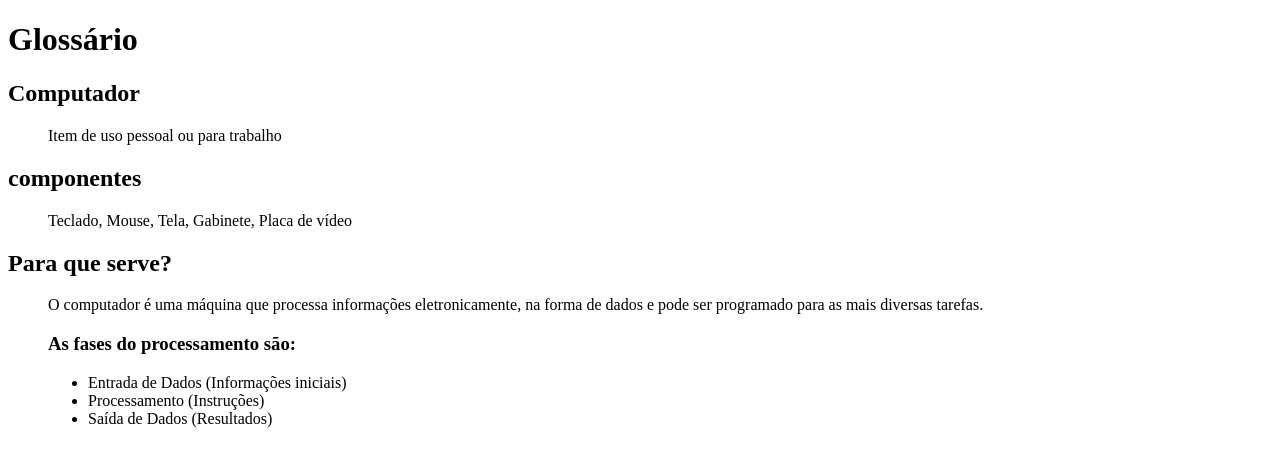
Repository: RenatoCCS/Mais1Code
Page: Rocketseat/Fundamentar/01 - O guia estelar de HTML/Desafios/1_Glossario/glossary.html
The author's editor kept a copy of each file at every save. The page is drawn from the files as they stood at one save, then again after the next save.
The browser window is 1280 px wide. The pictures show the whole page.

Above is the page before, as saved 2022-04-18 20:51:05.

### Rocketseat/Fundamentar/01 - O guia estelar de HTML/Desafios/1_Glossario/glossary.html
<!DOCTYPE html>
<html lang="pt-br">
<head>
    <meta charset="UTF-8">
    <meta http-equiv="X-UA-Compatible" content="IE=edge">
    <meta name="viewport" content="width=device-width, initial-scale=1.0">
    <title>Glossário</title>
</head>
<body>

    <h1>Glossário</h1>
<dl>
    <h2><dt>Computador</dt></h2>
    <dd>Item de uso pessoal ou para trabalho</dd>

    <h2><dt>componentes</dt></h2>
    <dd>Teclado, Mouse, Tela, Gabinete, Placa de vídeo</dd>

<h2><dt>Para que serve?</dt></h2>
<dd><p>O computador é uma máquina que processa informações eletronicamente, na forma de dados e pode ser programado para as mais diversas tarefas.

    <h3>As fases do processamento são:</h3>
    <ul>
        <li>Entrada de Dados (Informações iniciais)</li>
        <li>Processamento (Instruções)</li>
        <li>Saída de Dados (Resultados)</li>
     </ul>



    </p></dd>


</dl>



</body>
</html>

After the next save:
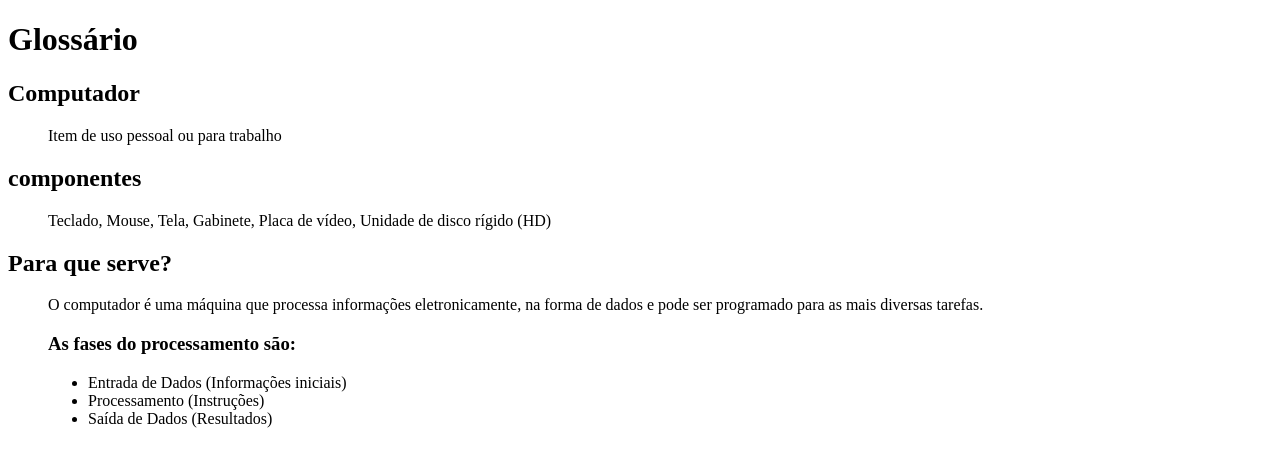
Saved 68 s later.
--- a/Rocketseat/Fundamentar/01 - O guia estelar de HTML/Desafios/1_Glossario/glossary.html
+++ b/Rocketseat/Fundamentar/01 - O guia estelar de HTML/Desafios/1_Glossario/glossary.html
@@ -14,7 +14,9 @@
     <dd>Item de uso pessoal ou para trabalho</dd>
 
     <h2><dt>componentes</dt></h2>
-    <dd>Teclado, Mouse, Tela, Gabinete, Placa de vídeo</dd>
+    <dd>Teclado, Mouse, Tela, Gabinete, Placa de vídeo,
+        Unidade de disco rígido (HD)
+    </dd>
 
 <h2><dt>Para que serve?</dt></h2>
 <dd><p>O computador é uma máquina que processa informações eletronicamente, na forma de dados e pode ser programado para as mais diversas tarefas.

After the 2 saves that followed:
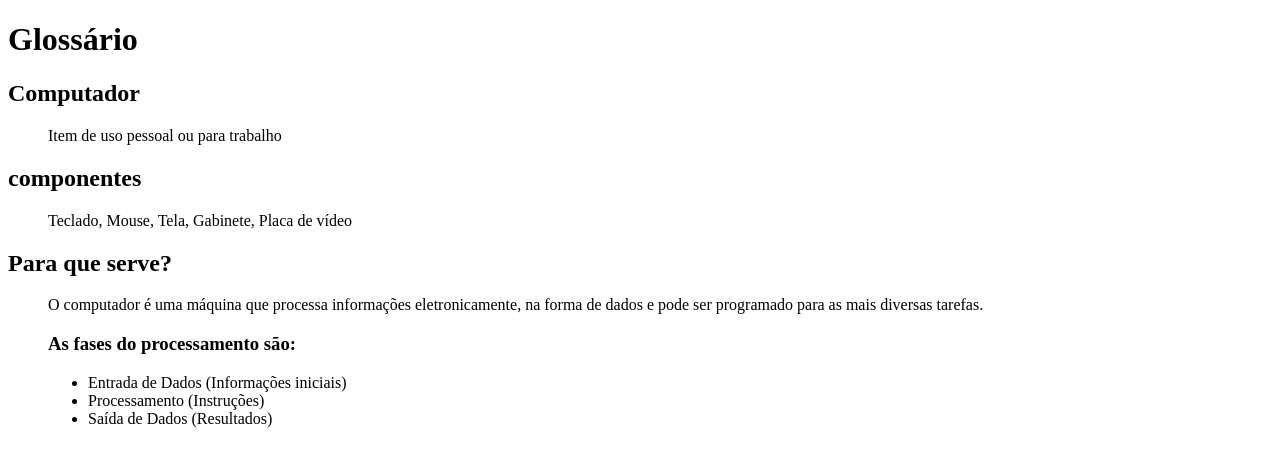
The 2 saves are shown as one change because they came seconds apart.
The last was saved 6 s later.
--- a/Rocketseat/Fundamentar/01 - O guia estelar de HTML/Desafios/1_Glossario/glossary.html
+++ b/Rocketseat/Fundamentar/01 - O guia estelar de HTML/Desafios/1_Glossario/glossary.html
@@ -14,9 +14,7 @@
     <dd>Item de uso pessoal ou para trabalho</dd>
 
     <h2><dt>componentes</dt></h2>
-    <dd>Teclado, Mouse, Tela, Gabinete, Placa de vídeo,
-        Unidade de disco rígido (HD)
-    </dd>
+    <dd>Teclado, Mouse, Tela, Gabinete, Placa de vídeo</dd>
 
 <h2><dt>Para que serve?</dt></h2>
 <dd><p>O computador é uma máquina que processa informações eletronicamente, na forma de dados e pode ser programado para as mais diversas tarefas.
